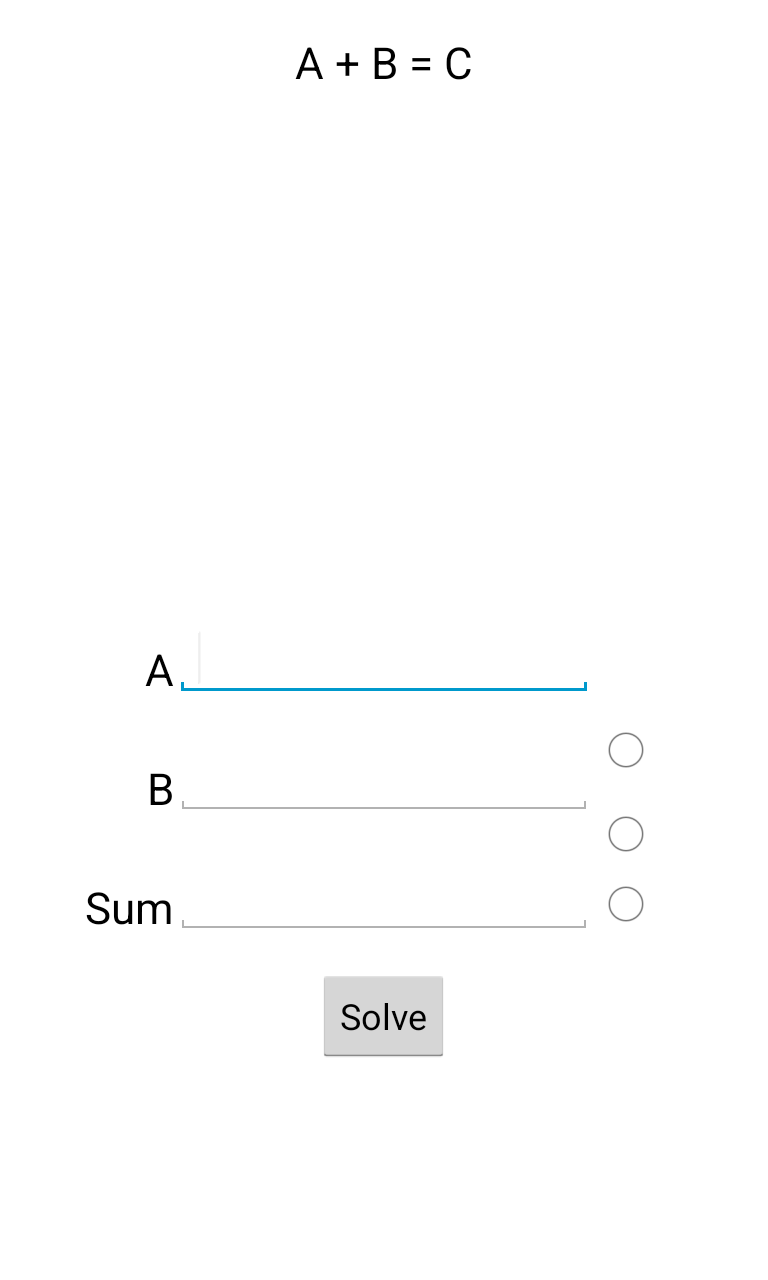
Repository: dtri123/Equation-Station
Layout: TheEquationStation/res/layout/addition_page.xml
The author's editor kept a copy of each file at every save. The layout is drawn from the files as they stood at one save, then again after the next save.
It is drawn on a 768 x 1280 px phone screen (xhdpi) without system bars, with theme AppTheme; the app's code is not run.

Above is the layout before, as saved 2013-07-18 17:23:38.

After the next save:
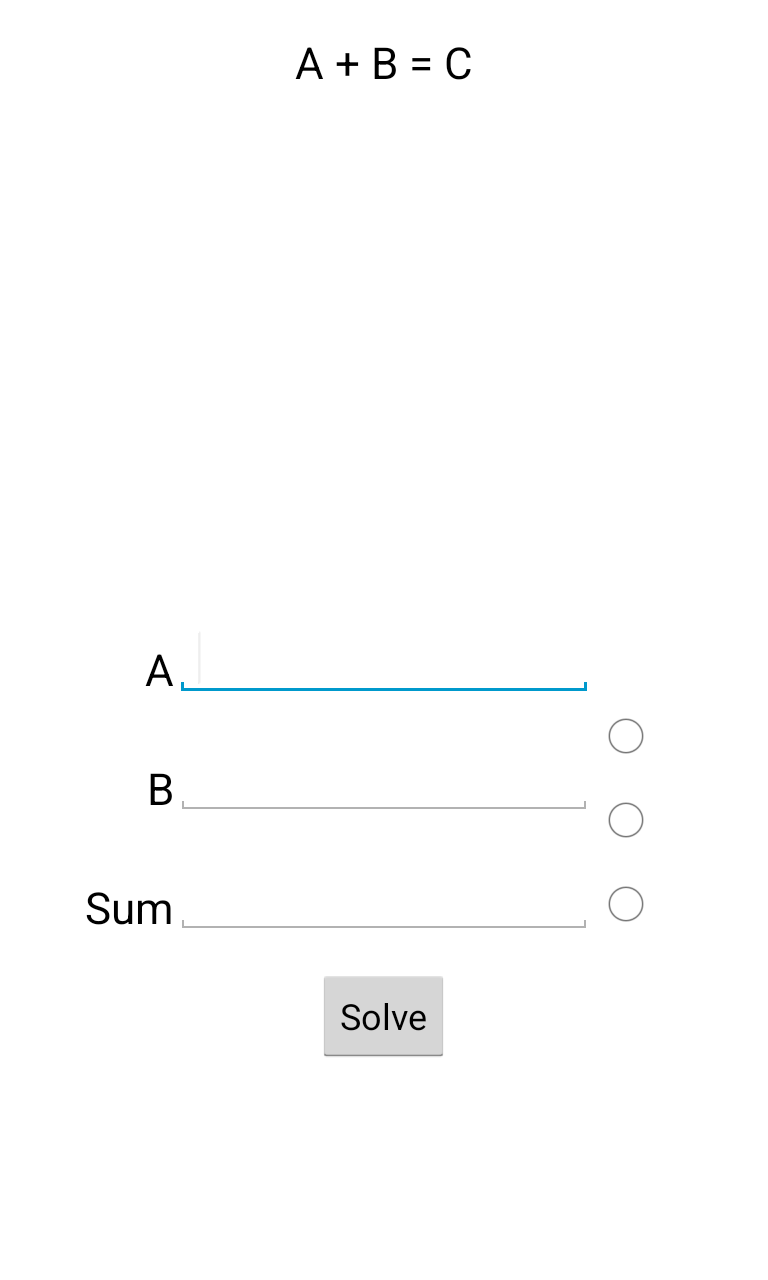
Saved 10 s later.
--- a/TheEquationStation/res/layout/addition_page.xml
+++ b/TheEquationStation/res/layout/addition_page.xml
@@ -50,7 +50,7 @@
 			android:id="@+id/radioButtonSum"
 			android:layout_width="wrap_content"
 			android:layout_height="wrap_content"
-			android:layout_marginTop="3dp"/>
+			android:layout_marginTop="10dp"/>
 	</RadioGroup>
 
     <EditText
